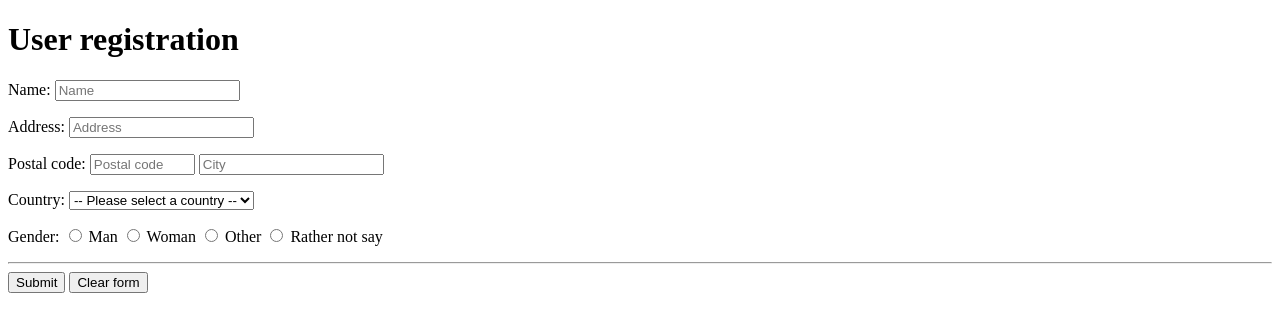
Repository: Filip-Husic/AW_frontend
Page: ex3Forms.html
The author's editor kept a copy of each file at every save. The page is drawn from the files as they stood at one save, then again after a run of saves.
The browser window is 1280 px wide. The pictures show the whole page.

Above is the page before, as saved 2022-11-23 11:55:11.

### ex3Forms.html
<!DOCTYPE html>
<html lang="en">

<head>
    <meta charset="UTF-8">
    <meta http-equiv="X-UA-Compatible" content="IE=edge">
    <meta name="viewport" content="width=device-width, initial-scale=1.0">
    <title>HTML - Forms</title>
</head>

<body>
    <h1>User registration</h1>
    <form action="process.php">
        <p>
            <label for="name">Name:</label>
            <input type="text" id="name" name="name" maxlength="80" placeholder="Name" required>
        </p>
        <p>
            <label for="address">Address:</label>
            <input type="text" id="address" name="address" maxlength="80" placeholder="Address" required>
        </p>
        <p>
            <label for="pc">Postal code:</label>
            <input type="text" id="pc" name="pc" size="10" maxlength="10" placeholder="Postal code" required>
            <input type="text" id="pc_city" name="pc_city" size="20" maxlength="20" placeholder="City" required>
        </p>
        <p>
            <label for="country">Country:</label>
            <select name="country" id="country">
                <option value="">-- Please select a country --</option>
                <option value="hr">Croatia</option>
                <option value="pt">Portugal</option>
                <option value="sk">Slovakia</option>
                <option value="it">Italy</option>
            </select>
        </p>
        <p>
            Gender:
            <input type="radio" name="gender" id="man">
            <label for="man">Man</label>
            <input type="radio" name="gender" id="woman">
            <label for="woman">Woman</label>
            <input type="radio" name="gender" id="other">
            <label for="other">Other</label>
            <input type="radio" name="gender" id="none">
            <label for="none">Rather not say</label>
        </p>
        <hr>
        <button type="submit">Submit</button>
        <button type="reset">Clear form</button>
    </form>
    <script>

        document.getElementById("other").onclick=function() {

            document.getElementById("othergender").disabled=false;

            document.getElementById("othergender").focus;

        }

        document.getElementById("man").onclick=function() {

            document.getElementById("othergender").disabled=true;

            document.getElementById("othergender").value="";

        }

        document.getElementById("woman").onclick=function() {

            document.getElementById("othergender").disabled=true;

            document.getElementById("othergender").value="";

        }

    </script>
</body>

</html>

After the next 4 saves:
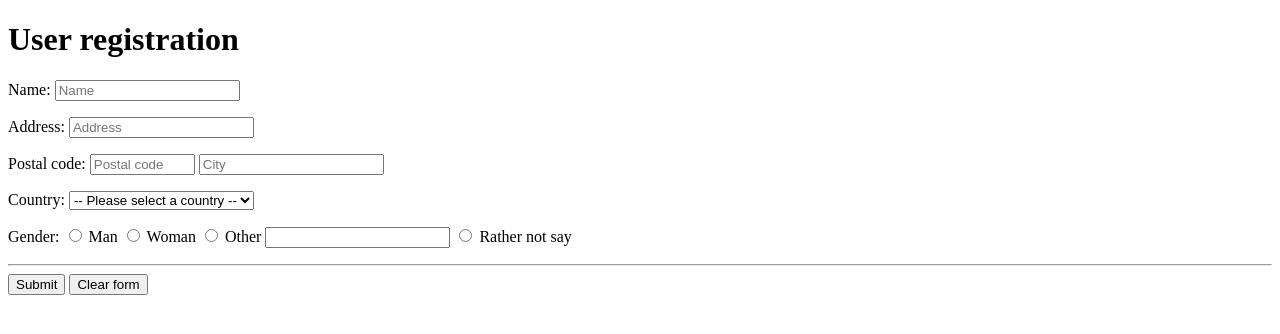
The 4 saves are shown as one change because they came seconds apart.
The last was saved 16 s later.
--- a/ex3Forms.html
+++ b/ex3Forms.html
@@ -42,6 +42,7 @@
             <label for="woman">Woman</label>
             <input type="radio" name="gender" id="other">
             <label for="other">Other</label>
+            <input type="text" name="othergender" id="othergender">
             <input type="radio" name="gender" id="none">
             <label for="none">Rather not say</label>
         </p>
